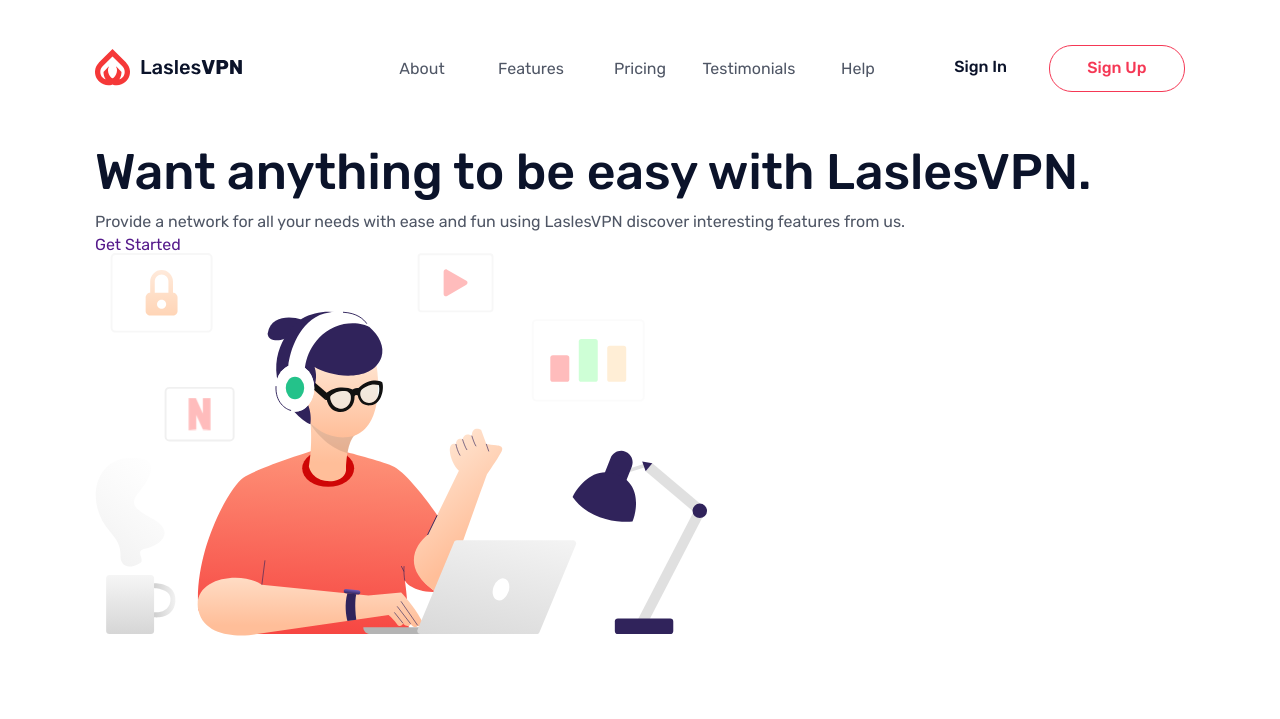
Repository: pixendrit/beetroot-fe-g1
Page: classwork/15 - CSS GRID layout/vpn-grid/index.html
These files come from the project's save history. The page is drawn as it stood at one moment and after the next save; the edit follows.
The browser window is 1280 px wide. The pictures show the whole page.

Above is the page before, as saved 2021-02-15 18:31:40.

### classwork/15 - CSS GRID layout/vpn-grid/index.html
<!DOCTYPE html>
<html lang="en">

<head>
  <meta charset="UTF-8">
  <meta http-equiv="X-UA-Compatible" content="IE=edge">
  <meta name="viewport" content="width=device-width, initial-scale=1.0">
  <link rel="preconnect" href="https://fonts.gstatic.com">
  <link href="https://fonts.googleapis.com/css2?family=Rubik:ital,wght@0,300;0,400;0,500;0,600;0,700;0,800;0,900;1,300;1,400;1,500;1,600;1,700;1,800;1,900&display=swap"
    rel="stylesheet">
  <link rel="stylesheet" href="./css/app.css">
  <title>VPN</title>
</head>

<body>
  <header class="main-header">
    <div class="container">
      <div class="grid-container">
        <a href="#" class="logo"><img src="./assets/logo.svg" alt="VPN"></a>
        <nav class="main-nav">
          <ul>
            <li><a href="#">About</a></li>
            <li><a href="#">Features</a></li>
            <li><a href="#">Pricing </a></li>
            <li><a href="#">Testimonials</a></li>
            <li><a href="#">Help</a></li>
          </ul>
        </nav>
        <nav class="nav-buttons">
          <a href="#" class="btn btn--empty">Sign In</a>
          <a href="#" class="btn btn--reversed">Sign Up</a>
        </nav>
      </div>
    </div>
  </header>
  <main class="main-content">
    <section class="hero">
      <div class="container">
        <div class="grid-container">
          <div class="hero__text">
            <h1>Want anything to be easy with LaslesVPN.</h1>
            <p>Provide a network for all your needs with ease and fun using LaslesVPN discover interesting features from us.</p>
            <a href="" class="btn btn--big">Get Started</a>
          </div>
          <div class="hero__illustration">
            <svg width="612" height="383" viewBox="0 0 612 383" fill="none" xmlns="http://www.w3.org/2000/svg" xmlns:xlink="http://www.w3.org/1999/xlink">
              <path
                d="M148.253 224.689C159.46 216.907 201.156 202.889 220.604 196.853H242.447C255.411 200.066 284.535 207.791 297.326 212.976C310.117 218.161 333.436 248.866 342.799 263.126L332.611 282.633C306.684 308.215 327.574 330.8 341.402 339.154C320.661 339.154 311.73 331.376 309.858 327.487C311.932 339.241 313.603 368.106 314.179 381.07H161.641V357.51H103.462C98.1005 298.848 134.244 234.417 148.253 224.689Z"
                fill="url(#paint0_linear)" />
              <ellipse cx="233.172" cy="215.361" rx="25.9725" ry="18.5082" fill="#CF0606" />
              <path
                d="M213.89 213.45C217.262 194.065 216.074 176.128 215.547 169.939C216.284 164.145 246.944 174.997 261.692 180.792C253.37 185.006 251.114 206.075 251.026 216.083C251.289 219.376 249.235 226.355 238.911 227.935C221.634 229.937 215.032 219.112 213.89 213.45Z"
                fill="url(#paint1_linear)" />
              <mask id="mask0" mask-type="alpha" maskUnits="userSpaceOnUse" x="213" y="168" width="49" height="61">
                <path
                  d="M213.89 213.45C217.262 194.065 216.074 176.128 215.547 169.939C216.284 164.145 246.944 174.997 261.692 180.792C253.37 185.006 251.114 206.075 251.026 216.083C251.289 219.376 249.235 226.355 238.911 227.935C221.634 229.937 215.032 219.112 213.89 213.45Z"
                  fill="#BABABA" />
              </mask>
              <g mask="url(#mask0)">
                <path opacity="0.1"
                  d="M256.589 200.902C235.826 197.662 220.433 179.408 215.331 170.686C227.182 168.241 253.828 164.819 265.608 170.686C277.389 176.553 264.504 193.275 256.589 200.902Z"
                  fill="black" />
              </g>
              <path
                d="M250.264 184.341C284.366 182.858 285.34 136.222 281.565 113.089C219.951 60.8648 195.211 101.9 190.544 128.945C196.241 148.028 216.161 185.824 250.264 184.341Z"
                fill="url(#paint2_linear)" />
              <path d="M206.245 66.4749C196.434 63.3823 175.98 61.836 172.653 80.3916C172.653 92.3887 201.606 89.3494 206.245 66.4749Z" fill="#30235B" />
              <path d="M218.058 128.098L231.953 140.032L230.445 146.992L217.485 135.618L218.058 128.098Z" fill="#111111" />
              <path
                d="M203.929 138.83C215.791 148.879 216.56 164.571 215.461 171.161C211.617 170.131 200.881 163.459 188.69 145.008C169.25 105.304 192.671 75.6093 206.812 65.7246C244.703 43.6901 295.362 77.8745 286.507 104.028C277.652 130.181 235.299 124.14 219.58 114.118C222.874 124.003 219.854 133.75 217.932 137.388C210.519 120.09 189.102 126.268 203.929 138.83Z"
                fill="#30235B" />
              <path
                d="M229.321 60.6219C254.553 53.3745 269.92 66.4378 274.45 73.8754C269.361 71.1352 255.258 67.299 239.555 73.8754C214.726 85.2834 209.301 109.609 209.693 120.346L193.252 119.172V113.132C194.762 98.6487 204.089 67.8694 229.321 60.6219Z"
                fill="white" />
              <ellipse cx="199.985" cy="135.067" rx="19.2976" ry="23.6088" fill="white" />
              <ellipse cx="199.985" cy="135.067" rx="19.2976" ry="23.6088" fill="white" />
              <ellipse cx="199.985" cy="135.067" rx="9.21133" ry="11.2692" fill="#24C28A" />
              <path opacity="0.5"
                d="M284.303 131.464C277.15 129.254 269.447 133.967 266.489 136.6C261.111 141.735 269.266 154.792 278.695 148.777C286.238 143.965 285.577 135.231 284.303 131.464Z"
                fill="#E6FCFF" />
              <path fill-rule="evenodd" clip-rule="evenodd"
                d="M263.458 135.05C273.804 125.493 283.615 127.126 287.228 129.138C289.318 134.673 287.228 150.849 275.69 152.283C266.459 153.43 263.296 146.294 262.868 142.582C261.114 141.165 259.948 142.387 259.585 143.174C259.888 153.49 251.596 160.467 242.696 158.849C235.577 157.555 232.478 150.441 231.818 147.045H230.346V141.01C239.617 131.932 252.425 134.157 257.67 136.404C259.049 135.321 262.104 135.05 263.458 135.05ZM283.76 132.112C276.607 129.901 270.072 133.689 267.114 136.322C261.736 141.457 268.8 154.038 278.669 148.777C284.579 145.627 285.033 135.878 283.76 132.112ZM243.315 138.843C247.22 137.572 255.185 136.722 255.795 143.489C256.558 151.948 248.861 158.188 242.136 154.86C237.266 152.45 235.272 147.51 235.272 144.39C235.272 141.894 240.634 139.652 243.315 138.843Z"
                fill="#111111" />
              <path opacity="0.5"
                d="M255.821 143.489C255.211 136.722 247.246 137.572 243.34 138.844C240.66 139.652 235.298 141.894 235.298 144.39C235.298 147.51 237.292 152.45 242.162 154.86C248.887 158.188 256.583 151.948 255.821 143.489Z"
                fill="#E6FCFF" />
              <path
                d="M103.413 357.585C109.412 384.321 145.039 384.375 162.102 381.061L293.628 362.058C295.323 363.531 299.384 367.413 302.061 371.165C304.738 374.916 307.192 372.279 308.084 370.491C311.939 374.668 314.777 372.68 315.714 371.165C319.034 375.344 321.827 373.885 322.809 372.633C327.413 376.06 328.576 373.082 328.581 371.165C322.299 357.862 311.029 344.529 306.18 339.525L273.385 342.528L166.83 331.664C146.614 317.481 95.9136 324.165 103.413 357.585Z"
                fill="url(#paint3_linear)" />
              <path
                d="M358.251 317.133C352.31 336.319 344.12 339.671 340.767 338.949C305.481 315.337 320.633 291.141 332.62 281.995L363.865 217.664C359.341 214.126 354.301 203.059 354.818 196.08C355.232 190.497 359.04 190.31 360.892 190.915C361.409 185.13 365.588 185.314 367.613 186.129C369.371 179.822 374.463 181.175 376.789 182.639C377.099 173.954 383.122 175.144 386.094 176.824L391.312 190.915C393.444 191.211 398.388 191.895 401.111 192.267C404.515 192.731 408.848 193.35 406.681 198.146C404.949 201.984 396.16 215.115 391.982 221.201C383.214 245.184 364.193 297.946 358.251 317.133Z"
                fill="url(#paint4_linear)" />
              <path d="M268.31 374.167H337.116C337.116 377.979 334.025 381.07 330.213 381.07H275.212C271.4 381.07 268.31 377.979 268.31 374.167Z" fill="#B4B4B4" />
              <path
                d="M359.053 289.218C359.534 288.064 360.662 287.313 361.912 287.313H478.112C480.322 287.313 481.821 289.561 480.971 291.601L444.466 379.164C443.985 380.318 442.858 381.07 441.608 381.07H325.407C323.197 381.07 321.698 378.821 322.549 376.781L359.053 289.218Z"
                fill="url(#paint5_linear)" />
              <path d="M166.87 331.632L169.956 307.343" stroke="#30235B" stroke-width="0.619401" />
              <path d="M309.764 327.631C309.301 324.78 308.514 317.889 309.069 313.134" stroke="#30235B" stroke-width="0.619401" />
              <path d="M308.925 318.451L306.271 313.072" stroke="#30235B" stroke-width="0.619401" />
              <path d="M307.986 370.269L299.368 359.392" stroke="#30235B" stroke-width="0.619401" />
              <path d="M315.614 370.807L302.164 353.352" stroke="#30235B" stroke-width="0.619401" />
              <path d="M322.685 372.407L305.967 348.319" stroke="#30235B" stroke-width="0.619401" />
              <path d="M360.888 191.019C361.349 193.415 362.851 199.078 365.177 202.566" stroke="#30235B" stroke-width="0.619401" />
              <path d="M376.818 182.69C377.522 185.162 379.356 190.737 381.056 193.262" stroke="#30235B" stroke-width="0.619401" />
              <path d="M367.52 186.282C368.349 188.973 370.409 194.889 372.012 197.026" stroke="#30235B" stroke-width="0.619401" />
              <path d="M391.246 190.906L393.81 198.408" stroke="#30235B" stroke-width="0.619401" />
              <ellipse cx="405.978" cy="336.423" rx="7.86131" ry="11.3813" transform="rotate(19.8998 405.978 336.423)" fill="white" />
              <rect x="609.137" y="261.004" width="126.405" height="10.3543" transform="rotate(117.371 609.137 261.004)" fill="#E0E0E0" />
              <rect x="519.833" y="365.447" width="58.4432" height="15.6235" rx="3.09701" fill="#30235B" />
              <rect x="602.449" y="262.019" width="67.8967" height="10.3543" transform="rotate(-139.766 602.449 262.019)" fill="#E0E0E0" />
              <rect x="551.719" y="213.653" width="20.0325" height="3.56661" transform="rotate(162.128 551.719 213.653)" fill="#E0E0E0" />
              <circle cx="604.767" cy="257.849" r="7.23339" fill="#30235B" />
              <path d="M547.196 208.427L557.329 210.308L550.633 218.144L547.196 208.427Z" fill="#30235B" />
              <path d="M515.634 205.05C517.968 199.187 524.613 196.326 530.476 198.66C536.339 200.994 539.2 207.639 536.866 213.503L530.412 229.715L509.18 221.262L515.634 205.05Z"
                fill="#30235B" />
              <path
                d="M522.366 221.591C498.803 212.339 483.125 233.065 477.59 244.042C493.951 267.368 523.921 269.764 537.503 268.59C542.276 256.779 545.93 230.843 522.366 221.591Z"
                fill="#30235B" />
              <path
                d="M45.9919 309.441C30.8299 318.722 26.0589 310.258 25.5686 304.867C25.5686 297.024 25.5686 290.489 15.2755 278.888C-9.55896 251.44 -1.7165 207.653 32.5943 204.875C66.9051 202.098 56.9386 223.828 44.8481 237.879C32.7816 251.902 40.4065 256.161 58.4651 266.248L58.5725 266.308C82.0999 280.522 62.4937 293.266 50.8934 295.554C39.2931 297.841 49.2595 304.867 45.9919 309.441Z"
                fill="url(#paint6_linear)" />
              <path d="M196.089 157.483C190.716 156.355 180.059 149.308 181.021 133.118" stroke="#30235B" stroke-width="0.949425" />
              <path d="M271.78 70.6571C268.855 66.3154 261.945 59.8983 248.015 59.2402" stroke="#30235B" stroke-width="0.949425" />
              <path
                d="M80.3817 348.499C81.6643 333.806 68.0855 330.269 59.7797 330.27C58.7811 330.27 57.9288 330.954 57.6393 331.909C57.166 333.471 58.3638 335.046 59.9912 335.169C67.3256 335.721 77.2155 338.841 75.3912 348.499C73.6208 357.871 65.4975 359.638 59.7464 359.24C58.1618 359.131 56.6766 360.311 56.6766 361.899C56.6766 363.082 57.5134 364.11 58.6903 364.233C66.4491 365.047 79.1255 362.888 80.3817 348.499Z"
                fill="url(#paint7_linear)" />
              <path
                d="M59.0796 325.094V377.973C59.0796 379.683 57.693 381.07 55.9826 381.07H14.2349C12.5245 381.07 11.1379 379.683 11.1379 377.973L11.138 325.094C11.138 323.384 12.5245 321.997 14.235 321.997H55.9826C57.693 321.997 59.0796 323.384 59.0796 325.094Z"
                fill="url(#paint8_linear)" />
              <path d="M332.578 281.938L342.169 262.272" stroke="#30235B" stroke-width="0.949425" />
              <path d="M252.429 340.283C249.241 351.043 251.101 363.199 252.429 367.932L261.294 366.675C259.446 352.574 260.524 343.857 261.294 341.262L252.429 340.283Z"
                fill="#30235B" />
              <rect x="248.917" y="335.674" width="16.7668" height="4.34698" rx="2.17349" transform="rotate(6.01694 248.917 335.674)" fill="url(#paint9_linear)" />
              <rect opacity="0.5" x="323.635" y="1.17599" width="73.8938" height="57.2037" rx="2.54344" stroke="#F0F0F0" stroke-width="1.89885" />
              <path
                d="M371.373 27.778C372.913 28.6668 372.913 30.8889 371.373 31.7777L352.1 42.9052C350.56 43.7941 348.636 42.683 348.636 40.9053V18.6504C348.636 16.8727 350.56 15.7616 352.1 16.6505L371.373 27.778Z"
                fill="#FF7979" />
              <rect opacity="0.5" x="338.473" y="8.57031" width="42.583" height="39.2283" fill="white" />
              <rect opacity="0.5" x="16.6064" y="1.0588" width="99.9827" height="77.5477" rx="3.7977" stroke="#F0F0F0" stroke-width="1.89885" />
              <path
                d="M77.9862 39.8329C79.1944 39.8329 80.3531 40.3128 81.2074 41.1671C82.0617 42.0214 82.5416 43.1801 82.5416 44.3882V58.0544C82.5416 59.2626 82.0617 60.4212 81.2074 61.2756C80.3531 62.1299 79.1944 62.6098 77.9862 62.6098H55.2093C54.0011 62.6098 52.8424 62.1299 51.9881 61.2756C51.1338 60.4212 50.6539 59.2626 50.6539 58.0544V44.3882C50.6539 43.1801 51.1338 42.0214 51.9881 41.1671C52.8424 40.3128 54.0011 39.8328 55.2093 39.8329V28.4444C55.2093 25.424 56.4091 22.5273 58.5449 20.3915C60.6806 18.2558 63.5773 17.0559 66.5978 17.0559C69.6182 17.0559 72.5149 18.2558 74.6506 20.3915C76.7864 22.5273 77.9862 25.424 77.9862 28.4444V39.8329ZM66.5978 55.7767C67.8059 55.7767 68.9646 55.2968 69.8189 54.4425C70.6732 53.5882 71.1531 52.4295 71.1531 51.2213C71.1531 50.0132 70.6732 48.8545 69.8189 48.0002C68.9646 47.1459 67.8059 46.6659 66.5978 46.6659C65.3896 46.6659 64.2309 47.1459 63.3766 48.0002C62.5223 48.8545 62.0424 50.0132 62.0424 51.2213C62.0424 52.4295 62.5223 53.5882 63.3766 54.4425C64.2309 55.2968 65.3896 55.7767 66.5978 55.7767ZM73.4308 39.8329V28.4444C73.4308 26.6321 72.7109 24.8941 71.4295 23.6127C70.148 22.3312 68.41 21.6113 66.5978 21.6113C64.7855 21.6113 63.0475 22.3312 61.766 23.6127C60.4846 24.8941 59.7647 26.6321 59.7647 28.4444V39.8329H73.4308Z"
                fill="url(#paint10_linear)" />
              <rect opacity="0.5" x="36.5493" y="8.15186" width="60.7536" height="58.4305" fill="white" />
              <rect opacity="0.5" x="70.5715" y="134.896" width="68.0659" height="52.6592" rx="3.7977" stroke="#E2E2E2" stroke-width="1.89885" />
              <mask id="mask1" mask-type="alpha" maskUnits="userSpaceOnUse" x="88" y="145" width="33" height="33">
                <rect x="88.4522" y="145.073" width="32.3045" height="32.3045" fill="url(#pattern0)" />
              </mask>
              <g mask="url(#mask1)">
                <rect x="80.6368" y="131.939" width="44.3269" height="54.6698" fill="#FF7979" />
              </g>
              <rect opacity="0.5" x="85.6575" y="139.016" width="42.9317" height="45.3675" fill="white" />
              <rect opacity="0.5" x="437.758" y="67.1135" width="111.022" height="80.4669" rx="3.7977" stroke="#F7F7F7" stroke-width="1.89885" />
              <rect x="455.318" y="102.172" width="18.9885" height="26.5653" rx="2.58027" fill="#FF7979" />
              <rect x="483.774" y="85.9568" width="18.9885" height="42.7804" rx="2.58027" fill="#9EFFAE" />
              <rect x="512.23" y="92.8569" width="18.9885" height="35.8803" rx="2.58027" fill="#FFDEAD" />
              <rect opacity="0.5" x="443.521" y="79.5562" width="96.4972" height="58.4137" fill="white" />
              <defs>
                <pattern id="pattern0" patternContentUnits="objectBoundingBox" width="1" height="1">
                  <use xlink:href="#image0" transform="scale(0.00195312)" />
                </pattern>
                <linearGradient id="paint0_linear" x1="235.261" y1="166.563" x2="222.861" y2="414.901" gradientUnits="userSpaceOnUse">
                  <stop stop-color="#FF9F81" />
                  <stop offset="1" stop-color="#F53838" />
                </linearGradient>
                <linearGradient id="paint1_linear" x1="235.127" y1="99.3437" x2="232.91" y2="209.644" gradientUnits="userSpaceOnUse">
                  <stop stop-color="#FFEFE0" />
                  <stop offset="1" stop-color="#FFBE99" />
                </linearGradient>
                <linearGradient id="paint2_linear" x1="236.808" y1="87.928" x2="236.808" y2="184.383" gradientUnits="userSpaceOnUse">
                  <stop stop-color="#FFEFE0" />
                  <stop offset="1" stop-color="#FFBE99" />
                </linearGradient>
                <linearGradient id="paint3_linear" x1="215.622" y1="288.635" x2="215.622" y2="372.501" gradientUnits="userSpaceOnUse">
                  <stop offset="0.0677966" stop-color="#FFEFE0" />
                  <stop offset="1" stop-color="#FFBE99" />
                </linearGradient>
                <linearGradient id="paint4_linear" x1="332.507" y1="165.546" x2="413.893" y2="260.794" gradientUnits="userSpaceOnUse">
                  <stop stop-color="#FFEFE0" />
                  <stop offset="1" stop-color="#FFBE99" />
                </linearGradient>
                <linearGradient id="paint5_linear" x1="435.21" y1="216.948" x2="389.565" y2="406.293" gradientUnits="userSpaceOnUse">
                  <stop offset="0.0171777" stop-color="white" />
                  <stop offset="1" stop-color="#D7D7D7" />
                </linearGradient>
                <linearGradient id="paint6_linear" x1="-22.6908" y1="321.388" x2="69.622" y2="204.633" gradientUnits="userSpaceOnUse">
                  <stop stop-color="#ECECEC" />
                  <stop offset="1" stop-color="#F5F5F5" stop-opacity="0" />
                </linearGradient>
                <linearGradient id="paint7_linear" x1="88.5126" y1="337.422" x2="56.6766" y2="338.121" gradientUnits="userSpaceOnUse">
                  <stop stop-color="white" />
                  <stop offset="1" stop-color="#CCCCCC" />
                </linearGradient>
                <linearGradient id="paint8_linear" x1="35.1088" y1="304.164" x2="35.1088" y2="399.388" gradientUnits="userSpaceOnUse">
                  <stop stop-color="white" />
                  <stop offset="1" stop-color="#CCCCCC" />
                </linearGradient>
                <linearGradient id="paint9_linear" x1="256.982" y1="334.824" x2="256.87" y2="340.092" gradientUnits="userSpaceOnUse">
                  <stop stop-color="#7F67CE" />
                  <stop offset="1" stop-color="#30235B" />
                </linearGradient>
                <linearGradient id="paint10_linear" x1="66.5978" y1="17.0559" x2="66.5978" y2="62.6098" gradientUnits="userSpaceOnUse">
                  <stop stop-color="#FFD5B7" />
                  <stop offset="1" stop-color="#FFAB6D" />
                </linearGradient>
                <image id="image0" width="512" height="512"
                  xlink:href="data:[embedded picture, 21142 characters]" />
              </defs>
            </svg>

          </div>
        </div>
      </div>
    </section>
  </main>
  <footer class="main-footer"></footer>
</body>

</html>

### classwork/15 - CSS GRID layout/vpn-grid/css/app.css
/* http://meyerweb.com/eric/tools/css/reset/
   v2.0 | 20110126
   License: none (public domain)
*/

html, body, div, span, applet, object, iframe,
h1, h2, h3, h4, h5, h6, p, blockquote, pre,
a, abbr, acronym, address, big, cite, code,
del, dfn, em, img, ins, kbd, q, s, samp,
small, strike, strong, sub, sup, tt, var,
b, u, i, center,
dl, dt, dd, ol, ul, li,
fieldset, form, label, legend,
table, caption, tbody, tfoot, thead, tr, th, td,
article, aside, canvas, details, embed,
figure, figcaption, footer, header, hgroup,
menu, nav, output, ruby, section, summary,
time, mark, audio, video {
	margin: 0;
	padding: 0;
	border: 0;
	font-size: 100%;
	font: inherit;
	vertical-align: baseline;
}
/* HTML5 display-role reset for older browsers */
article, aside, details, figcaption, figure,
footer, header, hgroup, menu, nav, section {
	display: block;
}
body {
	line-height: 1;
}
ol, ul {
	list-style: none;
}
blockquote, q {
	quotes: none;
}
blockquote:before, blockquote:after,
q:before, q:after {
	content: '';
	content: none;
}
table {
	border-collapse: collapse;
	border-spacing: 0;
}

/* ------------------------ */
.container {
  max-width: 1090px;
  width: 100%;
  margin: 0 auto;
}
body {
  font-family: 'Rubik';
}
a {
  text-decoration: none;
}
.main-header {
  padding-top: 45px;
  padding-bottom: 45px;
}
.main-header .grid-container {
  display: grid;
  grid-template-columns: 1fr 2fr 1fr;
   align-items: center;
}

.main-nav ul {
  display: grid;
  grid-template-columns: repeat(5,1fr);
  justify-items: center;
}
.nav-buttons {
  display: grid;
  grid-template-columns: repeat(2,1fr);
}
.main-nav a {
  font-size: 16px;
  transition: all .3s ease-in-out;
  color: #4F5665;
}
.main-nav a:hover {
  color: #F53855;

}
.nav-buttons .btn {
  height: 45px;
  line-height: 43px;
  color: #F53855;
  border:1px solid #F53855;
  text-align: center;
  border-radius: 23px;
  font-weight: 500;
  transition: all .3s ease-in-out;
}
.nav-buttons .btn--empty {
  border:0;
  color: #0B132A;

}
.nav-buttons .btn--empty:hover {
 color: #F53855;
}
.nav-buttons .btn--reversed:hover {
  color: white;
  background-color: #F53855;
}
svg,img {
  max-width: 100%;
  height: auto;
}

/* =========== HERO ============ */
.hero {
  width: 100%;
}
.hero .grid-container {
  display: grid;
}
.hero h1 {
  font-weight: 500;
  font-size: 50px;
  line-height: 1.4em;
  color: #0B132A;
}
.hero p {
  font-size: 16px;
  line-height: 1.9em;
  color: #4F5665;
}
.hero .btn--big {}
/* =========== END HERO ============ */

After the next save:
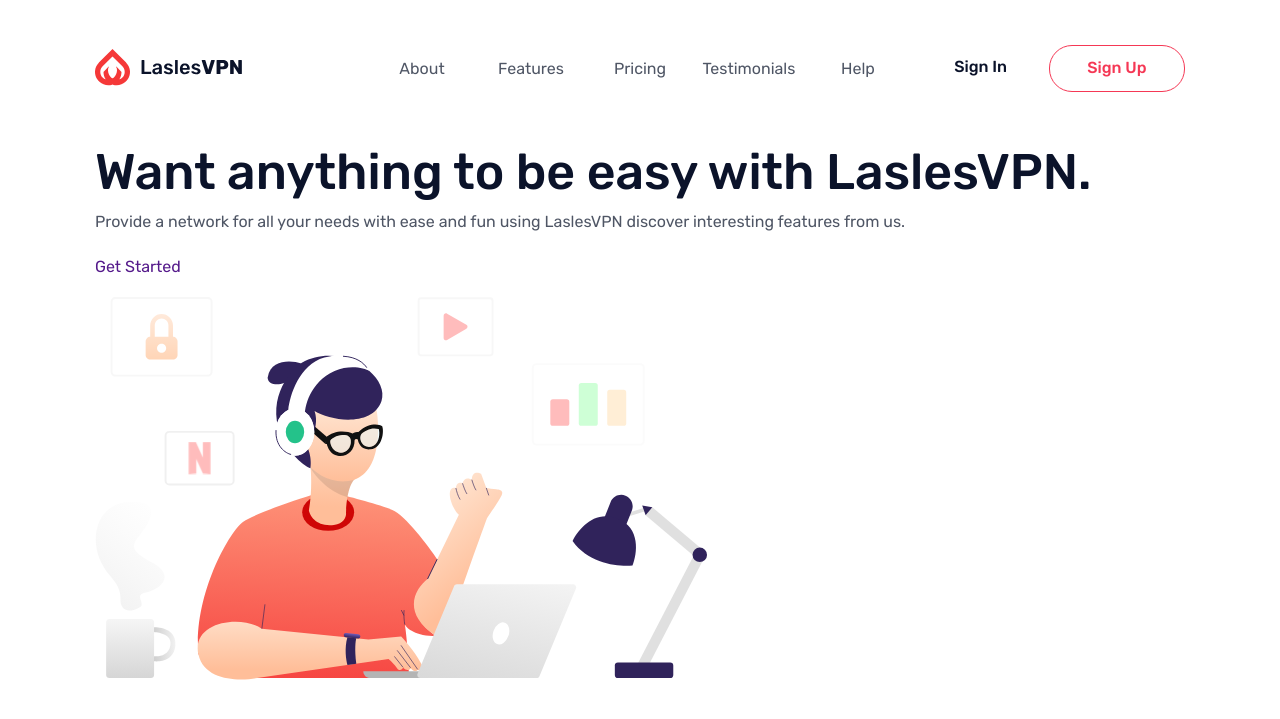
Saved 39 s later.
--- a/classwork/15 - CSS GRID layout/vpn-grid/css/app.css
+++ b/classwork/15 - CSS GRID layout/vpn-grid/css/app.css
@@ -132,5 +132,8 @@
   line-height: 1.9em;
   color: #4F5665;
 }
-.hero .btn--big {}
+.hero .btn--big {
+  height: 60px;
+  line-height: 60px;
+}
 /* =========== END HERO ============ */
